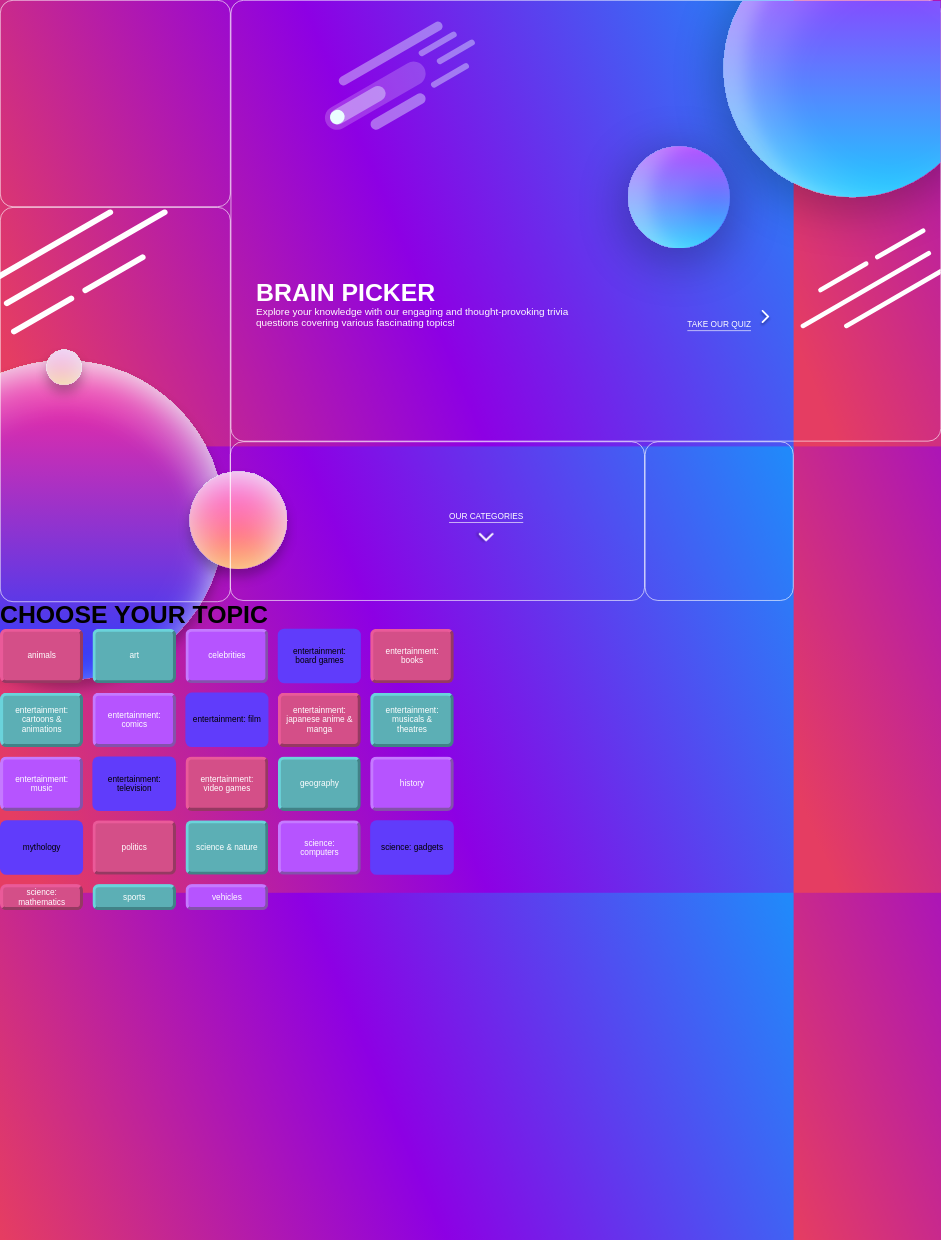
Repository: pjiang604/COMP-2170_Final-Project
Page: index.html
The author's editor kept a copy of each file at every save. The page is drawn from the files as they stood at one save, then again after the next save.
The browser window is 1280 px wide. The page is 1518 px wide, so the pictures cover 1518 px, including what lies to the right of the window. The pictures show the whole page, at 62% of full size.
Backgrounds fixed to the window are drawn as part of the page.

Above is the page before, as saved 2023-04-30 12:57:14.

After the next save:
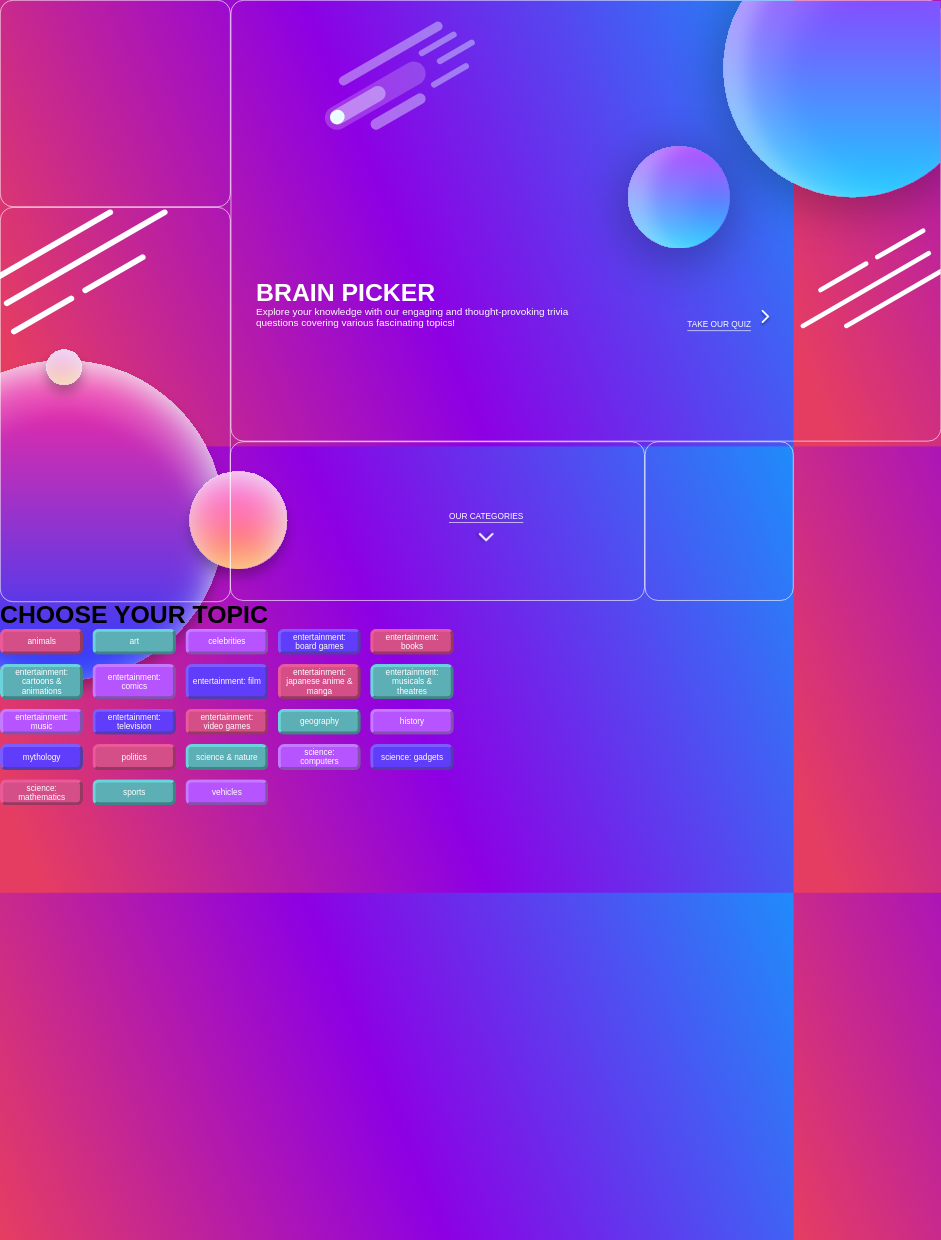
Saved 36 s later.
--- a/style.css
+++ b/style.css
@@ -213,9 +213,9 @@ body {
 	border-width: thick;
 }
 .topic_button4{
-	width: 8.4rem;
-	height: 5.5rem;
-	background-color: #603CFB;
+	background-color:#603CFB;
+	color: var(--white);
 	border-radius: 0.656rem;
-	border: .5rem #603CFB;
-}
+	border-color:#7a5cff;
+	border-width: thick;
+}
